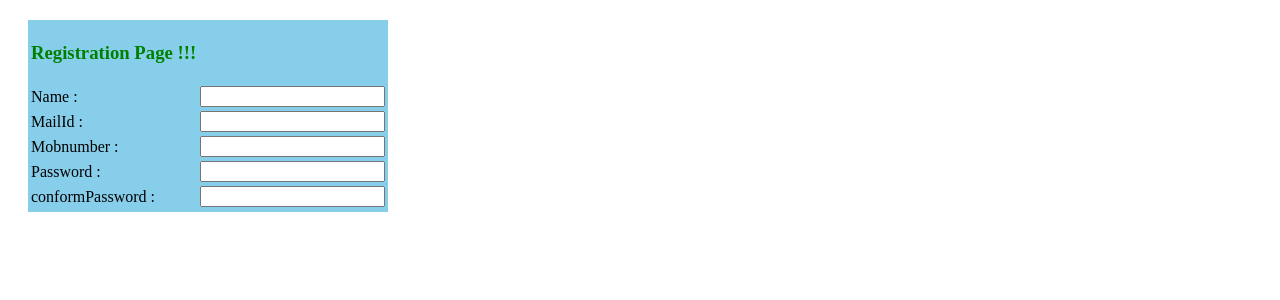
Repository: priyagund/jspServlet
Page: http://localhost/MyFirstLogin/register.jsp
An editor plug-in stored every save of this project. The page is shown before and after the next save, followed by the edit.
The browser window is 1280 px wide. The pictures show the whole page.
The page is served by Tomcat 9.

Above is the page before, as saved 2019-10-10 12:49:22.

After the next save:
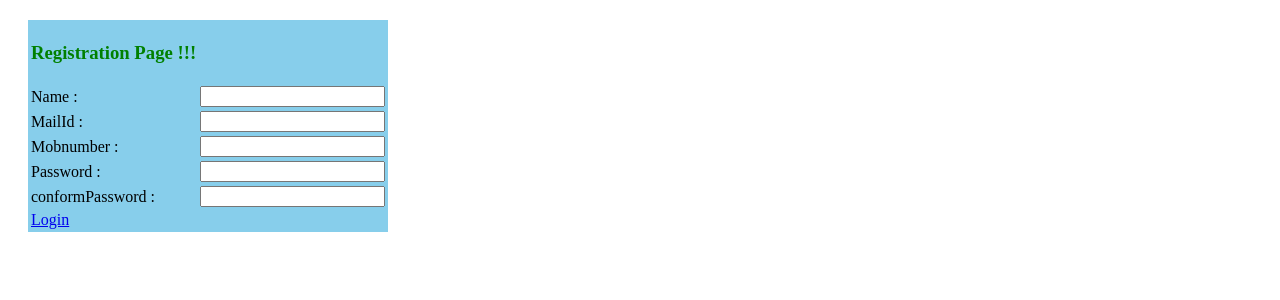
Saved 8 min 48 s later.
--- a/MyFirstLogin/WebContent/register.jsp
+++ b/MyFirstLogin/WebContent/register.jsp
@@ -36,7 +36,7 @@
 			<td><input type="password" name="password1"></td>
 		</tr>
 		<tr>
-
+		<td><a href="login.jsp">Login</a></td>
 
 		</tr>
 	</table>
